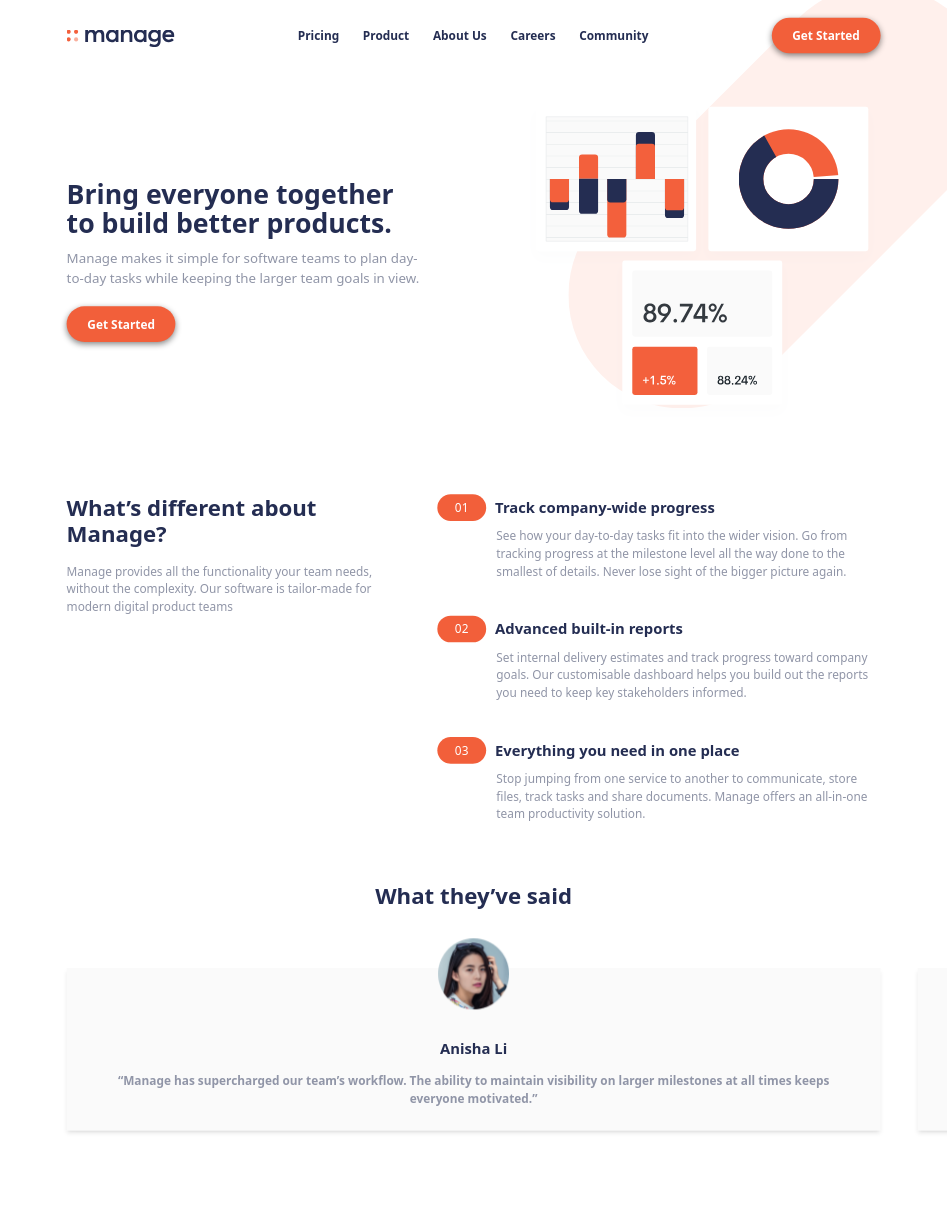
Repository: aqib-01/manage-landing-page
Page: /
The author's editor kept a copy of each file at every save. The page is drawn from the files as they stood at one save, then again after a run of saves.
The browser window is 1280 px wide. The pictures show the whole page, at 74% of full size.
The project was rebuilt for these pictures with package versions that can differ from the ones it lists, and the page was loaded fresh each time.

Above is the page before, as saved 2022-05-12 22:01:49.

### public/index.html
<!DOCTYPE html>
<html lang="en">
  <head>
    <meta charset="utf-8" />
    <link rel="icon" href="%PUBLIC_URL%/favicon.ico" />
    <meta name="viewport" content="width=device-width, initial-scale=1" />
    <meta name="theme-color" content="#000000" />
    <meta name="description" content="Manage Landing Page" />
    <link rel="apple-touch-icon" href="%PUBLIC_URL%/logo192.png" />

    <link rel="manifest" href="%PUBLIC_URL%/manifest.json" />

    <title>Manage Landing Page</title>
  </head>
  <body>
    <noscript>You need to enable JavaScript to run this app.</noscript>
    <div id="root"></div>
  </body>
</html>

### src/index.js
import React from "react";
import ReactDOM from "react-dom";
import "./css/tailwind.css";
import "./css/style.css";
import App from "./App";

ReactDOM.render(
  <React.StrictMode>
    <App />
  </React.StrictMode>,
  document.getElementById("root")
);

### src/css/style.css
.wrapper {
  width: 90%;
  max-width: 1100px;
  @apply mx-auto;
}

img {
  max-width: 100%;
}

html,
body {
  overflow-x: hidden;
}

body {
  position: relative;
}

.nav-intro-sect {
  background-image: url(../../public/images/bg-tablet-pattern.svg);
  background-repeat: no-repeat;
  background-size: contain;
  background-position: top -70px right -80px;
}

@media (min-width: 768px) {
  .nav-intro-sect {
    background-position: top -20px right -60px;
  }
}

nav {
  @apply bg-white absolute top-full  rounded-md text-lg
  font-bold left-0 right-0 mx-5 xs:mx-7 sm:mx-16 md:m-0 overflow-hidden
   text-dark-blue h-0 md:relative md:inset-auto md:overflow-visible
   md:bg-transparent md:text-base  z-30;
}

nav ul {
  @apply py-10 px-8 flex flex-col items-center gap-5 md:gap-8 md:flex-row md:p-0;
}

nav li a {
  @apply hover:opacity-50;
}

.get-start-btn {
  @apply font-bold  bg-bright-red px-7 py-3 rounded-full
  text-white hover:opacity-70;
  -webkit-box-shadow: 0 3px 8px rgba(0, 0, 0, 0.493);
          box-shadow: 0 3px 8px rgba(0, 0, 0, 0.493);
}

.get-start-btn-white {
  @apply font-bold  bg-white px-7 py-3 rounded-full
  text-bright-red hover:bg-very-pale-red;
}

.what-diff-head {
  position: relative;
  @apply flex items-stretch;
}

.what-diff-head::before {
  content: "";
  position: absolute;
  inset: 0;
  @apply bg-very-pale-red -z-10 rounded-full -right-full md:content-none;
}

.what-diff-head span {
  @apply bg-bright-red text-white px-6 rounded-full py-1.5 mr-3
    flex items-center;
}

.what-diff-head h4 {
  @apply font-semibold text-dark-blue flex items-center sm:text-lg md:text-xl;
}

.what-diff-desc {
  @apply text-dark-grayish-blue mt-5 md:mt-2 md:ml-20 text-sm sm:text-base;
}

.swiper-wrapper {
  -webkit-box-align: stretch !important;
      -ms-flex-align: stretch !important;
          align-items: stretch !important;
}

.swiper-wrapper .swiper-slide {
  height: auto;
}

.swiper-pagination-bullet {
  width: 10px !important;
  background-color: transparent !important;
  height: 10px !important;
  border: 2px solid #f25f3a !important;
}

.swiper-pagination-bullet-active {
  background-color: #f25f3a !important;
}

.simplify-sect {
  @apply bg-bright-red py-20;
  background-image: url(../../public/images/bg-simplify-section-mobile.svg);
  background-repeat: no-repeat;
}

@media (min-width: 768px) {
  .simplify-sect {
    background-image: url(../../public/images/bg-simplify-section-desktop.svg);
  }
}

.simplify-sect h2 {
  @apply text-4xl text-white font-semibold text-center
     md:text-left;
}

.simplify-sect button {
  @apply block mt-10 mx-auto md:m-0;
}

.footer-nav {
  @apply flex flex-col gap-3;
}

.footer-nav li a {
  @apply text-very-light-gray font-semibold hover:underline hover:opacity-50;
}

.social-links li button {
  @apply hover:opacity-50;
}

.social-links li button img {
  width: 25px;
}
/*# sourceMappingURL=style.css.map */

### src/App.js
import React from "react";
import Intro from "./components/Intro";
import Nav from "./components/Nav";
import Testimonials from "./components/Testimonials";
import WhatDifferent from "./components/WhatDifferent";

const App = () => {
  return (
    <>
      <div className="nav-intro-sect">
        <Nav />

        <Intro />
      </div>

      <WhatDifferent />
      <Testimonials />
    </>
  );
};

export default App;

### src/components/Intro.js
import React from "react";

const Intro = () => {
  return (
    <section className="mt-10">
      <div className="wrapper">
        <div className="md:flex md:items-center gap-6">
          <div className="md:order-2 flex-1">
            <img
              className="block mx-auto"
              src="images/illustration-intro.svg"
              alt=""
            />
          </div>
          <div className="mt-5 text-center md:text-left  flex-1 lg:mr-28 ">
            <h1 className="text-dark-blue font-bold  text-4xl">
              Bring everyone together to build better products.
            </h1>
            <p className="mt-3 text-lg text-dark-grayish-blue ">
              Manage makes it simple for software teams to plan day-to-day tasks
              while keeping the larger team goals in view.
            </p>
            <button className="get-start-btn  mx-auto my-6 block md:mx-0">
              Get Started
            </button>
          </div>
        </div>
      </div>
    </section>
  );
};

export default Intro;

### src/components/Nav.js
import React, { useEffect, useState, useLayoutEffect } from "react";
import gsap from "gsap";
import { ScrollTrigger } from "gsap/ScrollTrigger";
gsap.registerPlugin(ScrollTrigger);
const Nav = () => {
  const [isNavOpen, setIsNavOpen] = useState(false);
  const toggleNav = () => {
    setIsNavOpen(!isNavOpen);
  };
  useEffect(() => {
    let navShowEl = document.querySelector(".nav-show");
    let navHideEl = document.querySelector(".nav-hide");
    if (isNavOpen) {
      document.documentElement.classList.add("overflow-hidden");
    } else if (!isNavOpen) {
      document.documentElement.classList.remove("overflow-hidden");
    }
    if (navShowEl) {
      gsap.to(navShowEl, {
        height: "auto",
        ease: "power",
      });
    }
    if (navHideEl) {
      gsap.to(navHideEl, {
        height: 0,
        duration: 0.2,
      });
    }
  }, [isNavOpen]);
  useEffect(() => {
    window.addEventListener(
      "resize",
      () => {
        if (window.innerWidth >= 768) {
          setIsNavOpen(false);
        }
      },
      []
    );
  });
  return (
    <>
      {isNavOpen && (
        <div className=" bg-black fixed inset-0 bg-opacity-10"></div>
      )}



      <header className=" ">
        <div className="wrapper py-8 relative md:py-6">
          <div className="flex items-center justify-between gap-10">
            <div className="logo-main relative z-20 mt-2">
              <img src="images/logo.svg" alt="Main Logo" />
            </div>
            <button
              className="ham-btn relative z-20 md:hidden"
              onClick={toggleNav}
            >
              <img
                src={
                  isNavOpen
                    ? "images/icon-close.svg"
                    : "images/icon-hamburger.svg"
                }
                alt="Hamburger Icon"
              />
            </button>
            <nav
              className={`${isNavOpen ? "nav-show" : "nav-hide"} md:!h-auto`}
            >
              <ul>
                <li>
                  <a href="#">Pricing</a>
                </li>
                <li>
                  <a href="#">Product</a>
                </li>
                <li>
                  <a href="#">About Us</a>
                </li>
                <li>
                  <a href="#">Careers</a>
                </li>
                <li>
                  <a href="#">Community</a>
                </li>
              </ul>
            </nav>
            <button className="get-start-btn hidden  lg:block">
              Get Started
            </button>
          </div>
        </div>
      </header>
    </>
  );
};

export default Nav;

### src/components/Testimonials.js
import React from "react";
import { Swiper, SwiperSlide } from "swiper/react";
import { Autoplay } from "swiper";
import "swiper/css";
import "swiper/css/pagination";
import "swiper/css/autoplay";
import { Pagination } from "swiper";
const Testimonials = () => {
  const pagination = {
    clickable: true,
    el: ".custom-pagination",
    renderBullet: function (index, className) {
      return `<button class="${className}"></button>`;
    },
  };
  return (
    <section className="my-20">
      <div className="wrapper">
        <h2 className="text-3xl mb-20 text-center text-dark-blue font-semibold">
          What they’ve said
        </h2>
        <Swiper
          className="!overflow-visible"
          spaceBetween={50}
          pagination={pagination}
          autoplay={{
            delay: 5000,
          }}
          modules={[Pagination, Autoplay]}
        >
          <SwiperSlide>
            <div className="bg-very-light-gray px-8 pb-8 shadow-md">
              <img
                className="w-24 -translate-y-10 block mx-auto"
                src="images/avatar-anisha.png"
                alt=""
              />
              <div>
                <h5 className="text-dark-blue text-xl font-bold text-center">
                  Anisha Li
                </h5>
                <p className="mt-4 text-dark-grayish-blue text-center font-semibold">
                  “Manage has supercharged our team’s workflow. The ability to
                  maintain visibility on larger milestones at all times keeps
                  everyone motivated.”
                </p>
              </div>
            </div>
          </SwiperSlide>
          <SwiperSlide className="overflow-visible">
            <div className="bg-very-light-gray px-8 pb-8 shadow-md">
              <img
                className="w-24 -translate-y-10 block mx-auto"
                src="images/avatar-ali.png"
                alt=""
              />
              <div>
                <h5 className="text-dark-blue text-xl font-bold text-center">
                  Ali Bravo
                </h5>
                <p className="mt-4 text-dark-grayish-blue text-center font-semibold">
                  “We have been able to cancel so many other subscriptions since
                  using Manage. There is no more cross-channel confusion and
                  everyone is much more focused.”
                </p>
              </div>
            </div>
          </SwiperSlide>
          <SwiperSlide className="overflow-visible">
            <div className="bg-very-light-gray px-8 pb-8 shadow-md">
              <img
                className="w-24 -translate-y-10 block mx-auto"
                src="images/avatar-richard.png"
                alt=""
              />
              <div>
                <h5 className="text-dark-blue text-xl font-bold text-center">
                  Richard Watts
                </h5>
                <p className="mt-4 text-dark-grayish-blue text-center font-semibold">
                  “Manage allows us to provide structure and process. It keeps
                  us organized and focused. I can’t stop recommending them to
                  everyone I talk to!”
                </p>
              </div>
            </div>
          </SwiperSlide>
          <SwiperSlide className="overflow-visible ">
            <div className="bg-very-light-gray px-8 pb-8 shadow-md">
              <img
                className="w-24 -translate-y-10 block mx-auto"
                src="images/avatar-shanai.png"
                alt=""
              />
              <div>
                <h5 className="text-dark-blue text-xl font-bold text-center">
                  Shanai Gough
                </h5>
                <p className="mt-4 text-dark-grayish-blue text-center font-semibold">
                  “Their software allows us to track, manage and collaborate on
                  our projects from anywhere. It keeps the whole team in-sync
                  without being intrusive.”
                </p>
              </div>
            </div>
          </SwiperSlide>
        </Swiper>
        <div className="custom-pagination justify-center flex items-center mt-6 gap-3"></div>
      </div>
    </section>
  );
};

export default Testimonials;

### src/components/WhatDifferent.js
import React from "react";

const WhatDifferent = () => {
  return (
    <section className="mt-24">
      <div className="wrapper">
        <div className="md:flex gap-10 lg:gap-20">
          <div className="text-center mb-16 md:text-left">
            <h2 className="text-3xl text-dark-blue font-bold">
              What’s different about Manage?
            </h2>
            <p className="text-dark-grayish-blue mt-5">
              Manage provides all the functionality your team needs, without the
              complexity. Our software is tailor-made for modern digital product
              teams
            </p>
          </div>
          <div>
            <div>
              <div className="what-diff-head ">
                <span className="">01</span>
                <h4 className="">Track company-wide progress</h4>
              </div>
              <p className="what-diff-desc">
                See how your day-to-day tasks fit into the wider vision. Go from
                tracking progress at the milestone level all the way done to the
                smallest of details. Never lose sight of the bigger picture
                again.
              </p>
            </div>
            <div className="mt-12">
              <div className="what-diff-head ">
                <span className="">02</span>
                <h4 className="">Advanced built-in reports</h4>
              </div>
              <p className="what-diff-desc">
                Set internal delivery estimates and track progress toward
                company goals. Our customisable dashboard helps you build out
                the reports you need to keep key stakeholders informed.
              </p>
            </div>
            <div className="mt-12">
              <div className="what-diff-head ">
                <span className="">03</span>
                <h4 className="">Everything you need in one place</h4>
              </div>
              <p className="what-diff-desc">
                Stop jumping from one service to another to communicate, store
                files, track tasks and share documents. Manage offers an
                all-in-one team productivity solution.
              </p>
            </div>
          </div>
        </div>
      </div>
    </section>
  );
};

export default WhatDifferent;

### tailwind.config.js
module.exports = {
  content: ["./src/**/*.{js,jsx,ts,tsx}"],
  theme: {
    screens: {
      xs: "380px",
      sm: "640px",

      md: "768px",

      lg: "1024px",

      xl: "1280px",

      "2xl": "1536px",
    },
    extend: {
      colors: {
        "bright-red": "hsl(12, 88%, 59%)",
        "dark-blue": "hsl(228, 39%, 23%)",
        "dark-grayish-blue": "hsl(227, 12%, 61%)",
        "very-dark-blue": "hsl(233, 12%, 13%)",
        "very-pale-red": "hsl(13, 100%, 96%)",
        "very-light-gray": "hsl(0, 0%, 98%)",
      },
    },
  },
  plugins: [],
};

Loaded but not shown: src/css/tailwind.css (common file)

After the next 2 saves:
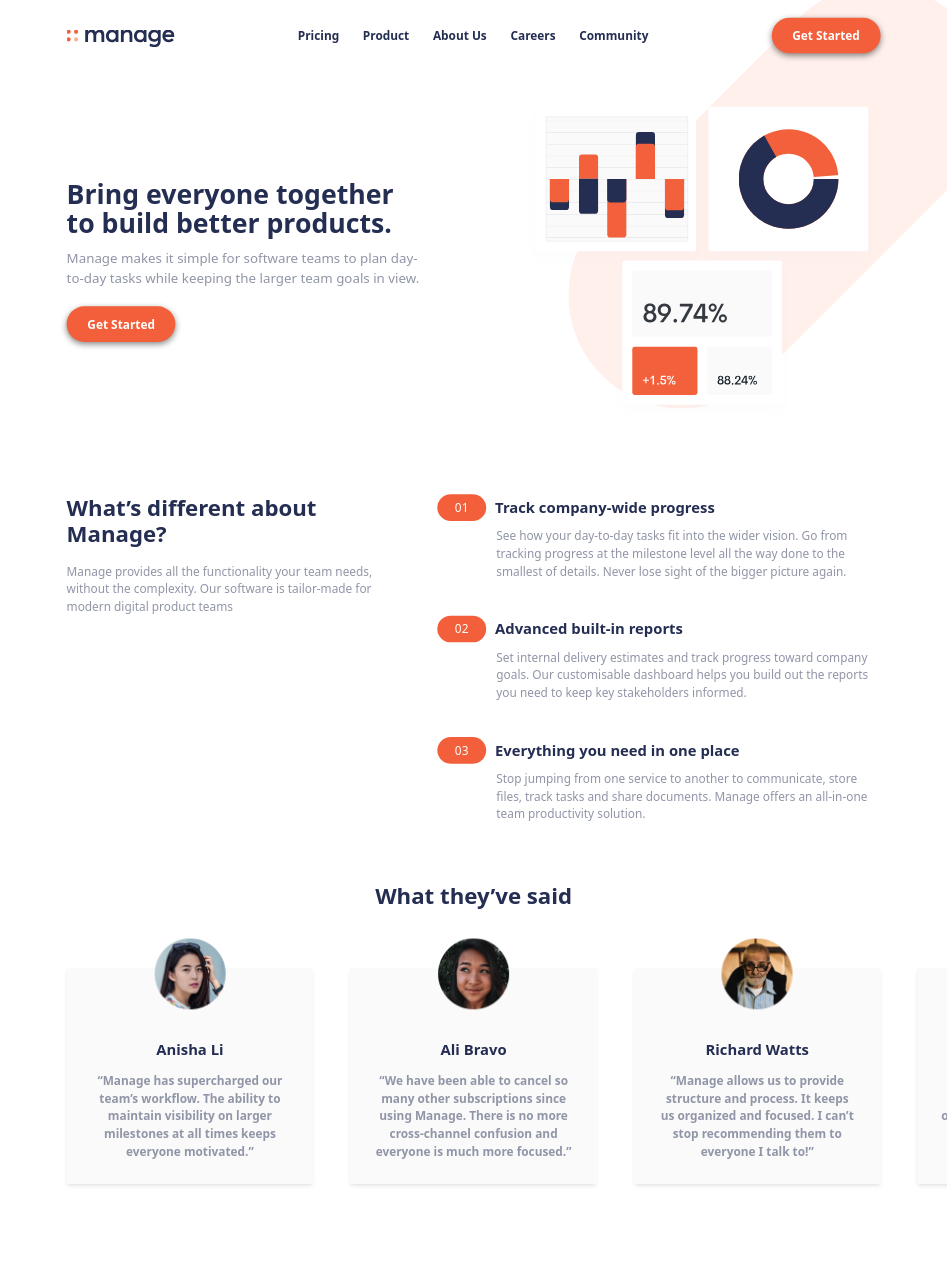
The 2 saves are shown as one change because they came seconds apart.
The last was saved 57 s later.
--- a/src/components/Testimonials.js
+++ b/src/components/Testimonials.js
@@ -22,6 +22,7 @@
         <Swiper
           className="!overflow-visible"
           spaceBetween={50}
+          slidesPerView={3}
           pagination={pagination}
           autoplay={{
             delay: 5000,

After the save that followed:
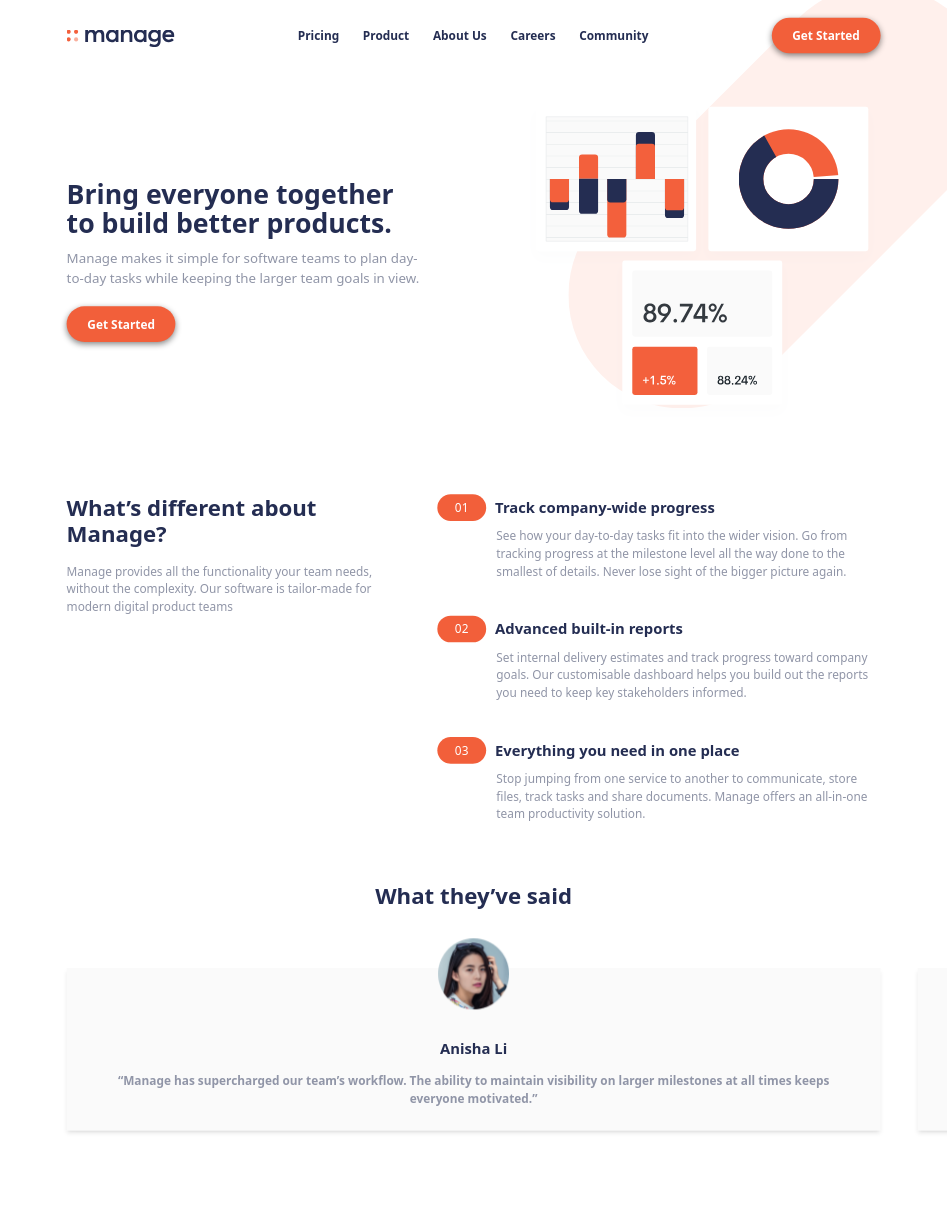
Saved 13 s later.
--- a/src/components/Testimonials.js
+++ b/src/components/Testimonials.js
@@ -22,7 +22,6 @@
         <Swiper
           className="!overflow-visible"
           spaceBetween={50}
-          slidesPerView={3}
           pagination={pagination}
           autoplay={{
             delay: 5000,
